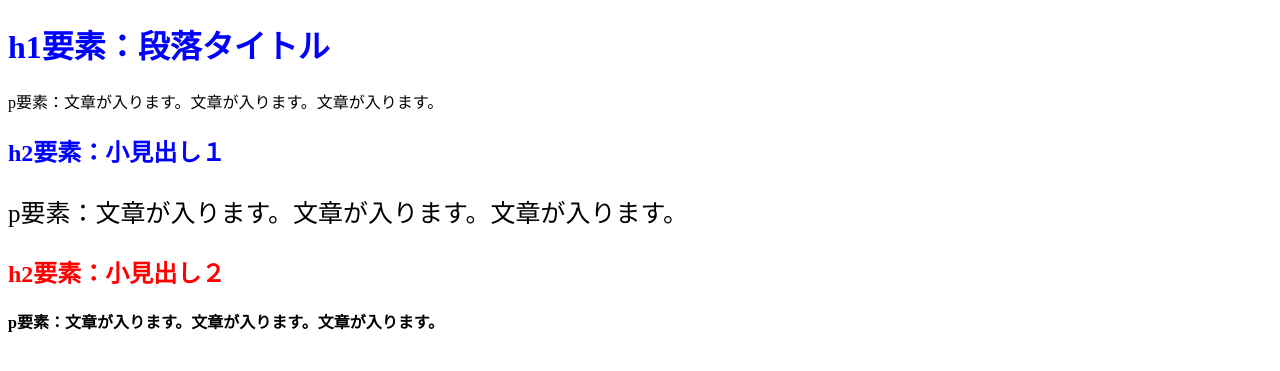
Repository: mizuki520/samurai_HTML-CSS
Page: index.html
The author's editor kept a record of every edit. The page is drawn from the files as they stood at one moment, then again after the next edit.
The browser window is 1280 px wide. The pictures show the whole page.

Above is the page before.

After the next edit:
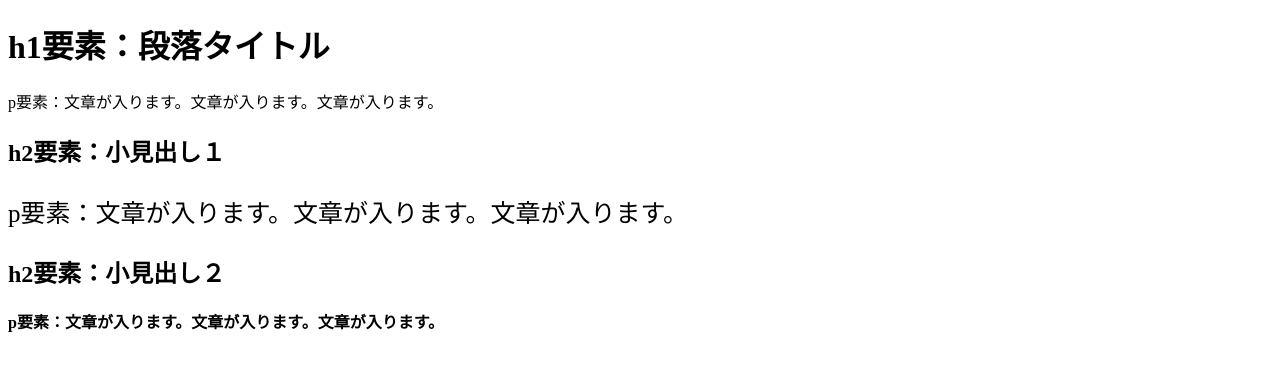
The edit:
--- a/index.html
+++ b/index.html
@@ -3,14 +3,6 @@
  <head>
   <meta charset="UTF-8">
   <title>HTML/CSSの学習</title>
-  <style>
-   #red {
-    color: red;
-   }
-   .blue{
-    color: blue;
-   }
-  </style>
   </head>
  <body>
   <h1 class="blue">h1要素：段落タイトル</h1>
